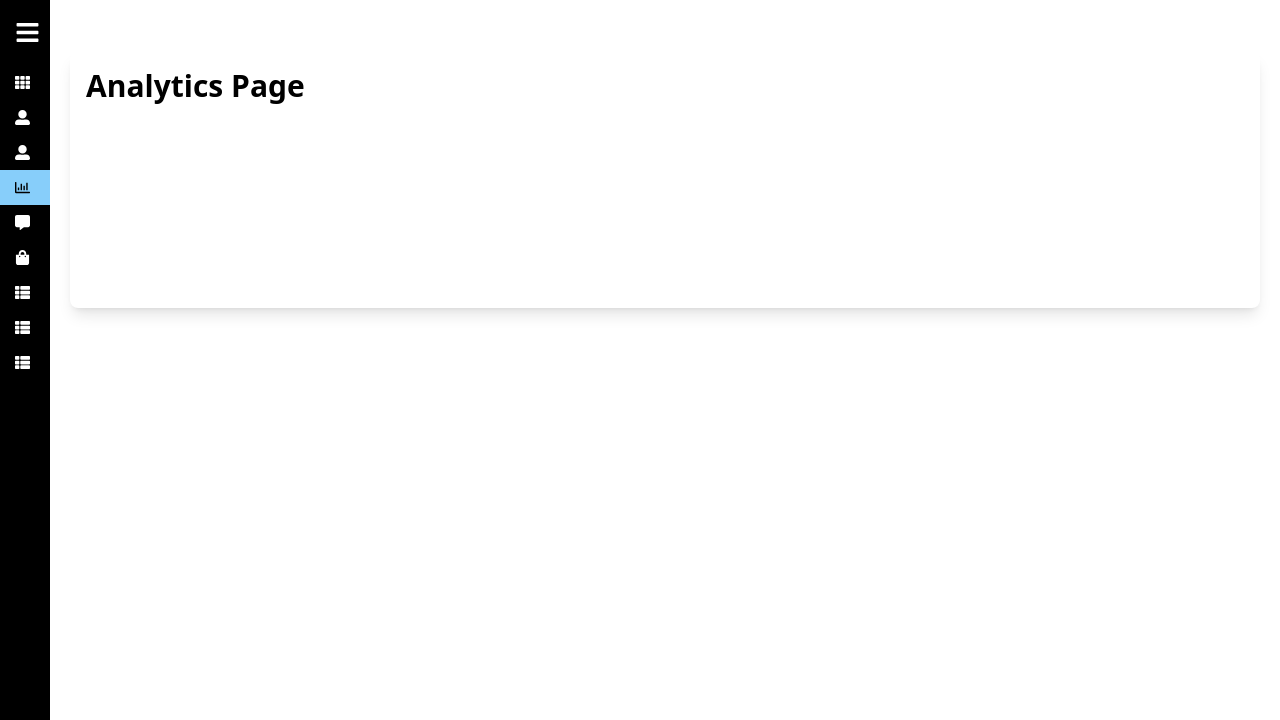
Repository: AndargWorku12/admin-dashboard
Page: /analytics
These files come from the project's save history. The page is drawn as it stood at one moment and after the next save; the edit follows.
The browser window is 1280 px wide. The pictures show the whole page.
The project was rebuilt for these pictures with package versions that can differ from the ones it lists, and the page was loaded fresh each time. Also part of the build but not shown: src/pages/Dashboard.tsx, src/pages/Orders.tsx, src/pages/Category.tsx, src/pages/Login.tsx, src/pages/CustemerReview.tsx, src/pages/ProductList.tsx, src/pages/ShopCard.tsx, src/pages/SignUpForm.tsx.

Above is the page before, as saved 2024-01-25 05:14:39.

After the next save:
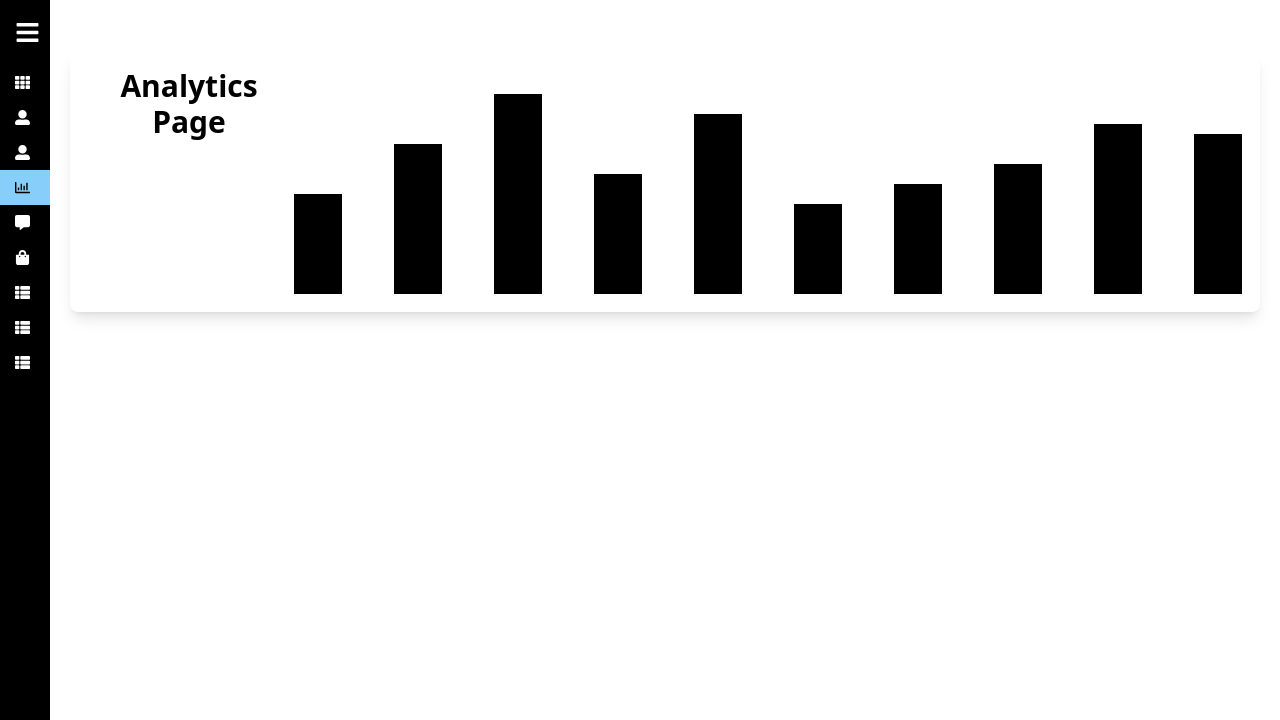
Saved 4 min 33 s later.
--- a/src/pages/Analytics.tsx
+++ b/src/pages/Analytics.tsx
@@ -15,14 +15,20 @@ const Analytics: React.FC<AnalyticsProps> = ({ saleData }) => {
       <h2 className="text-3xl font-bold mb-4">Analytics Page</h2>
       <div className="flex justify-center items-end h-300 mt-6 gap-12 border-3 border-red-500">
         {saleData.map((data, index) => (
-          <div
-            key={index}
-            className="bg-black width-30px m-0 5px border-3 border-blue-500"
-            style={{ height: `${data.amount}px` }}
-          ></div>
+          <Bar key={index} amount={data.amount} />
         ))}
       </div>
     </div>
+  );
+};
+
+interface BarProps {
+  amount: number;
+}
+
+const Bar: React.FC<BarProps> = ({ amount }) => {
+  return (
+    <div className="bg-black w-12 m-0.5 border-3 border-blue-500" style={{ height: `${amount}px` }}></div>
   );
 };
 
